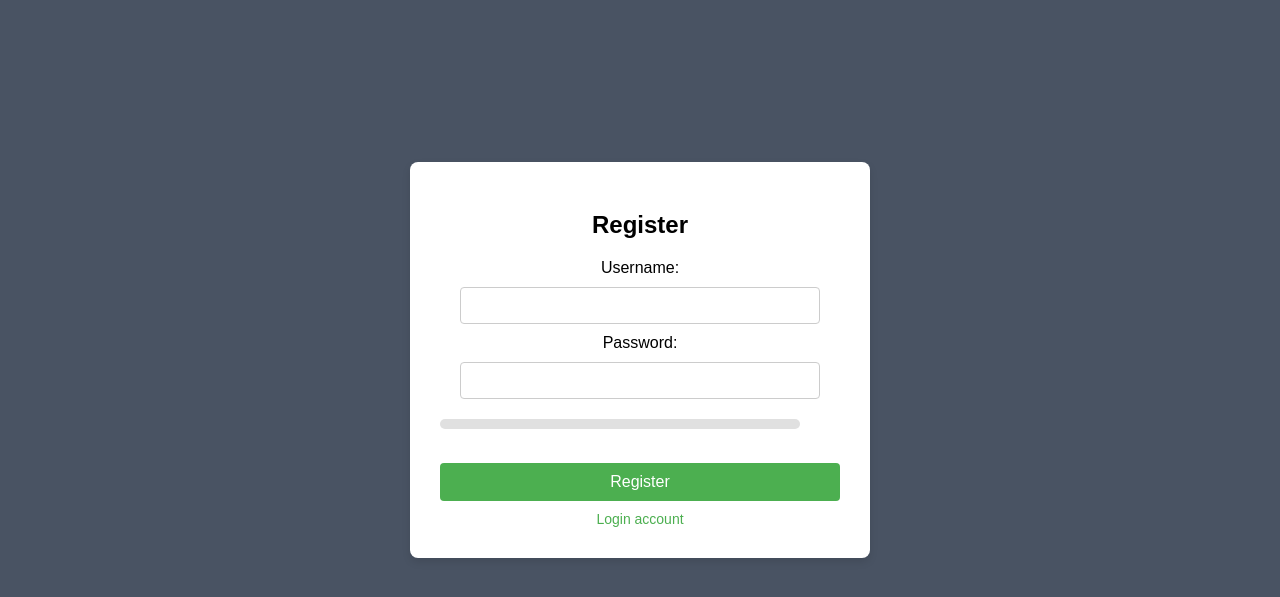
Repository: wolvicjohn/argon2
Page: http://localhost/register.php
An editor plug-in stored every save of this project. The page is shown before and after a run of saves, followed by the edit.
The browser window is 1280 px wide. The pictures show the whole page.
The page is run by PHP 8.4 with error messages shown; the project is at /var/www/html/.

Above is the page before, as saved 2024-10-18 01:37:59.

After the next 5 saves:
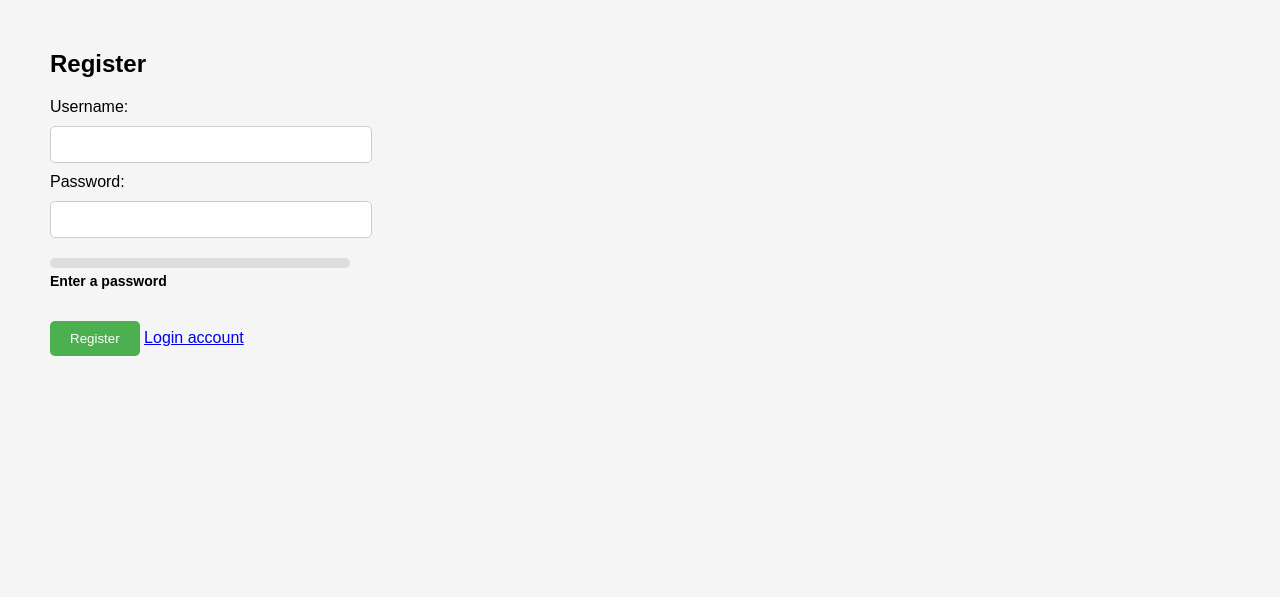
The 5 saves are shown as one change because they came seconds apart.
The last was saved 3 min 6 s later.
--- a/register.php
+++ b/register.php
@@ -2,8 +2,8 @@
 // Database connection
 $host = 'localhost';
 $db = 'argon2_auth';
-$user = 'root';  // or your DB username
-$pass = '';      // or your DB password
+$user = 'root'; // Your database username
+$pass = '';     // Your database password
 
 $dsn = "mysql:host=$host;dbname=$db;charset=utf8mb4";
 $options = [
@@ -21,53 +21,105 @@ if ($_SERVER['REQUEST_METHOD'] === 'POST') {
     $username = $_POST['username'];
     $password = $_POST['password'];
 
-    // Check if the username is already taken
+    // Check if username exists
     $stmt = $pdo->prepare('SELECT id FROM users WHERE username = ?');
     $stmt->execute([$username]);
     if ($stmt->fetch()) {
-        die('Username is already taken');
+        die('Username already taken');
     }
 
-    // Hash the password using Argon2
+    // Hash password with Argon2
     $passwordHash = password_hash($password, PASSWORD_ARGON2ID);
 
-    // Insert the new user into the database
+    // Insert user into database
     $stmt = $pdo->prepare('INSERT INTO users (username, password_hash) VALUES (?, ?)');
     $stmt->execute([$username, $passwordHash]);
 
     echo "User registered successfully!";
 }
 ?>
-
 <!DOCTYPE html>
 <html lang="en">
 
 <head>
     <meta charset="UTF-8">
     <title>Register</title>
-    <link rel="stylesheet" href="styles.css"> <!-- Link to your CSS file -->
+    <style>
+        body {
+            font-family: Arial, sans-serif;
+            margin: 50px;
+            background-color: #f5f5f5;
+        }
+
+        input {
+            margin: 10px 0;
+            padding: 10px;
+            width: 300px;
+            border: 1px solid #ccc;
+            border-radius: 5px;
+        }
+
+        button {
+            padding: 10px 20px;
+            cursor: pointer;
+            background-color: #4CAF50;
+            color: white;
+            border: none;
+            border-radius: 5px;
+        }
+
+        .password-strength {
+            margin-top: 10px;
+            height: 10px;
+            width: 300px;
+            background-color: #ddd;
+            border-radius: 5px;
+            overflow: hidden;
+        }
+
+        .strength-bar {
+            height: 100%;
+            width: 0%;
+            transition: width 0.3s ease-in-out;
+        }
+
+        .strength-weak {
+            background-color: red;
+        }
+
+        .strength-medium {
+            background-color: orange;
+        }
+
+        .strength-strong {
+            background-color: green;
+        }
+
+        .message {
+            margin-top: 5px;
+            font-size: 14px;
+            font-weight: bold;
+        }
+    </style>
 </head>
 
 <body>
-    <div class="container">
-        <h2>Register</h2>
-        <form action="register.php" method="POST">
-            <label for="username">Username:</label><br>
-            <input type="text" name="username" id="username" required><br>
+    <h2>Register</h2>
+    <form action="register.php" method="POST">
+        <label for="username">Username:</label><br>
+        <input type="text" name="username" id="username" required><br>
 
-            <label for="password">Password:</label><br>
-            <input type="password" name="password" id="password" required><br>
+        <label for="password">Password:</label><br>
+        <input type="password" name="password" id="password" required><br>
 
-            <!-- Password Strength Meter -->
-            <div class="password-strength">
-                <div class="strength-bar" id="strength-bar"></div>
-            </div>
-            <p id="strength-text"></p><br>
+        <div class="password-strength">
+            <div class="strength-bar" id="strength-bar"></div>
+        </div>
+        <p class="message" id="strength-text">Enter a password</p><br>
 
-            <button type="submit">Register</button>
-            <a href="login.php" class="button">Login account</a>
-        </form>
-    </div>
+        <button type="submit">Register</button>
+        <a href="login.php">Login account</a>
+    </form>
 
     <script>
         const passwordInput = document.getElementById('password');
@@ -75,14 +127,14 @@ if ($_SERVER['REQUEST_METHOD'] === 'POST') {
         const strengthText = document.getElementById('strength-text');
 
         passwordInput.addEventListener('input', () => {
-            const strength = calculateStrength(passwordInput.value);
+            const password = passwordInput.value;
+            const strength = calculateStrength(password);
             updateStrengthMeter(strength);
         });
 
         function calculateStrength(password) {
             let strength = 0;
 
-            // Criteria for password strength
             if (password.length >= 8) strength++;
             if (/[A-Z]/.test(password)) strength++;
             if (/[a-z]/.test(password)) strength++;
@@ -93,20 +145,23 @@ if ($_SERVER['REQUEST_METHOD'] === 'POST') {
         }
 
         function updateStrengthMeter(strength) {
-            strengthBar.className = '';  // Reset bar style
+            // Reset the strength bar
+            strengthBar.className = 'strength-bar';
+            strengthBar.style.width = `${strength * 20}%`;  // Dynamically set the width
 
+            // Set the color and text based on strength
             if (strength <= 1) {
-                strengthBar.style.width = '20%';
                 strengthBar.classList.add('strength-weak');
                 strengthText.textContent = 'Weak';
+                strengthText.style.color = 'red';
             } else if (strength <= 3) {
-                strengthBar.style.width = '60%';
                 strengthBar.classList.add('strength-medium');
                 strengthText.textContent = 'Medium';
+                strengthText.style.color = 'orange';
             } else {
-                strengthBar.style.width = '100%';
                 strengthBar.classList.add('strength-strong');
                 strengthText.textContent = 'Strong';
+                strengthText.style.color = 'green';
             }
         }
     </script>
